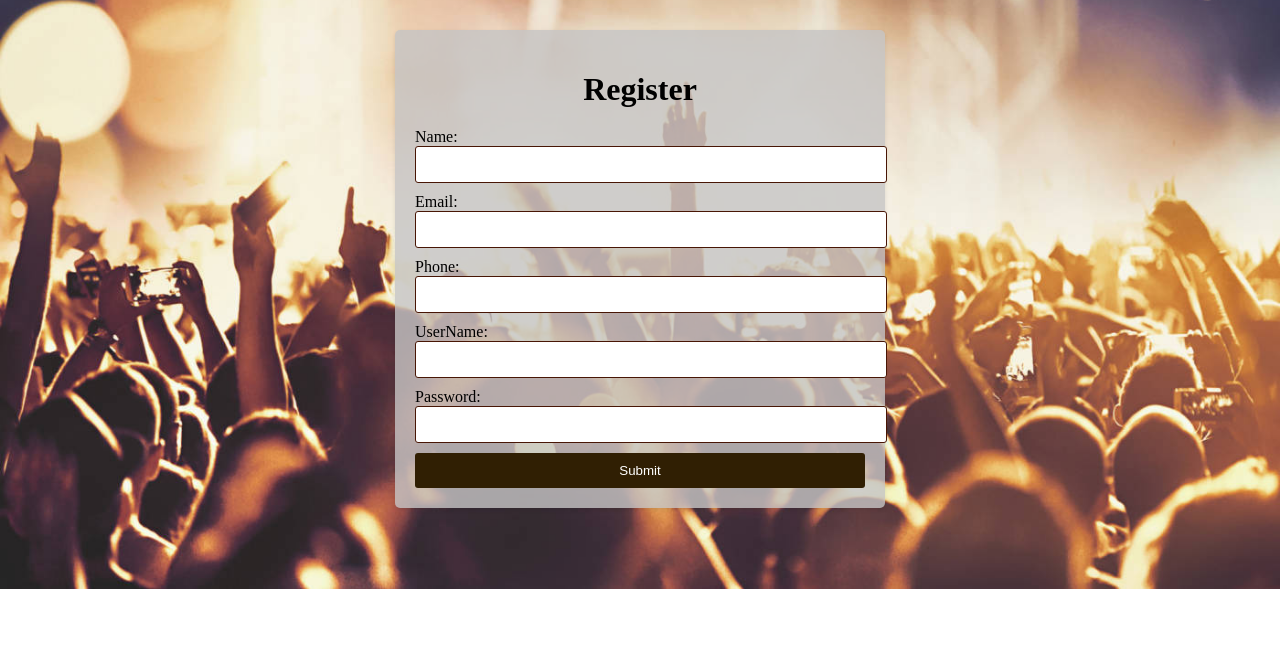
Repository: Dulankayapa/2ndyearoopprojrct
Page: http://localhost/feedback/Registration.jsp
An editor plug-in stored every save of this project. The page is shown before and after the next save, followed by the edit.
The browser window is 1280 px wide. The pictures show the whole page.
The page is served by Tomcat 9. Other server files are loaded and not shown.

Above is the page before, as saved 2023-10-22 18:35:20.

### feedback/src/main/webapp/Registration.jsp
<%@ page language="java" contentType="text/html; charset=UTF-8"
    pageEncoding="UTF-8"%>
<!DOCTYPE html>
<html>
<head>
<meta charset="UTF-8">
<title>Insert title here</title>
<style>body {
    background-image: url("Case-Event-economics.jpg");
    background-size: cover;
    background-position: center;
    background-repeat: no-repeat;
  }

  form {
    max-width: 450px;
    margin: 30px auto;
    padding: 20px;
    border-radius: 5px;
    background-color: #c6c5c5cc;
    box-shadow: 0 2px 4px rgba(0, 0, 0, 0.1);
  }

  h1 {
    text-align: center;
    margin-bottom: 20px;
  }

  input[type="text"],
  input[type="password"] {
    width: 100%;
    padding: 10px;
    border: 1px solid hsl(15, 87%, 15%);
    border-radius: 3px;
    margin-bottom: 10px;
  }

  input[type="submit"] {
    width: 100%;
    padding: 10px;
    background-color: #301f03;
    color: #fff;
    border: none;
    border-radius: 3px;
    cursor: pointer;
  }

  input[type="submit"]:hover {
    background-color: #449d44;
  }

  label {
    display: block;
    margin-bottom: 5px;
    font-weight: bold;
  }
  </style>
</head>
<body>
	<form action = "insert" method = "post">
		<h1>Register</h1>
		Name:<input type = "text" name = "Name" required><br>
		Email:<input type = "text" name = "Email" required><br>
		Phone:<input type = "text" name = "Phone" required><br>
		UserName:<input type = "text" name = "UserName" required><br>
		Password:<input type = "password" name = "Password" required><br>

		<input type = "submit" value = "Submit">
	</form>
</body>
</html>

After the next save:
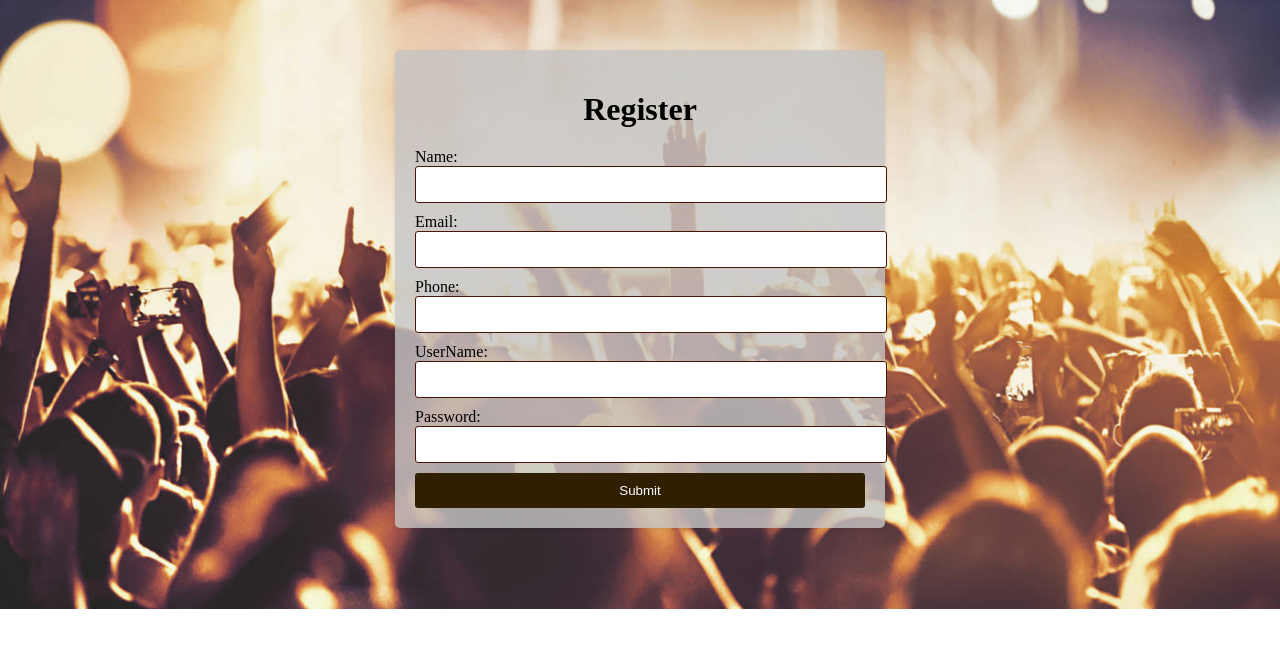
Saved 10 s later.
--- a/feedback/src/main/webapp/Registration.jsp
+++ b/feedback/src/main/webapp/Registration.jsp
@@ -14,7 +14,7 @@
 
   form {
     max-width: 450px;
-    margin: 30px auto;
+    margin: 50px auto;
     padding: 20px;
     border-radius: 5px;
     background-color: #c6c5c5cc;
